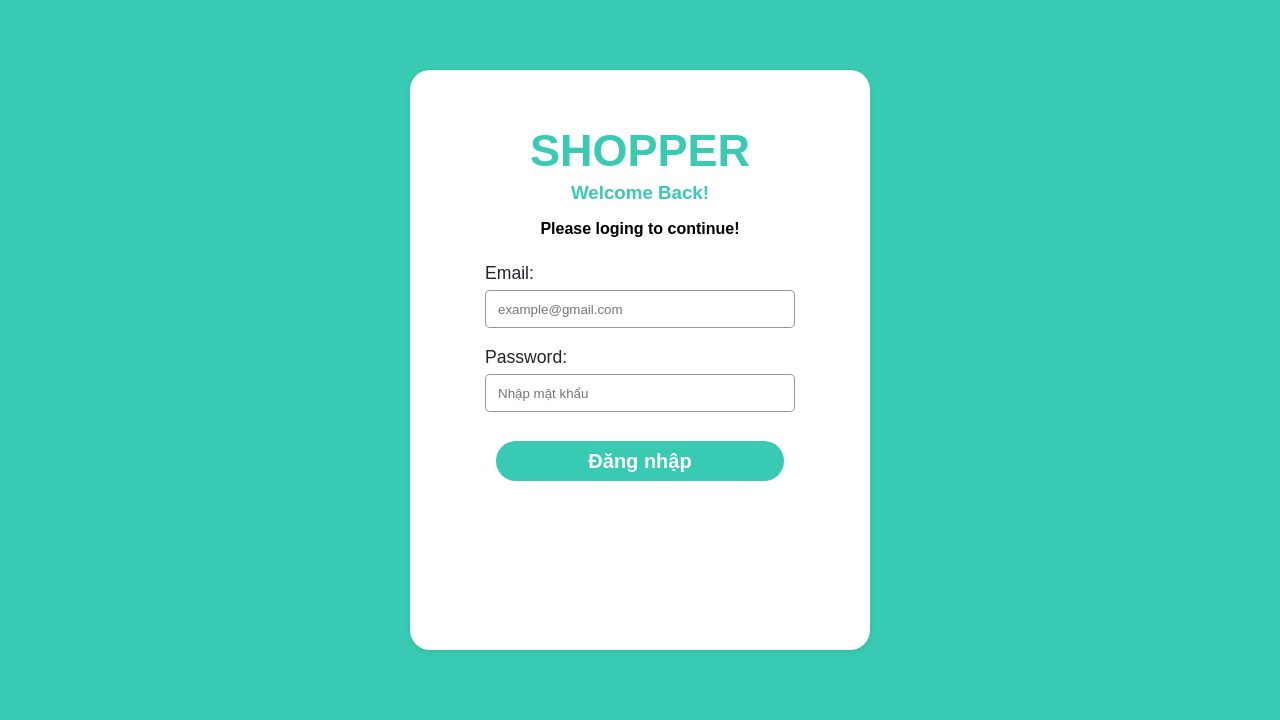
Repository: tatvanhco/shopee-admin
Page: /
An editor plug-in stored every save of this project. The page is shown before and after the next save, followed by the edit.
The browser window is 1280 px wide. The pictures show the whole page.
The project was rebuilt for these pictures with package versions that can differ from the ones it lists, and the page was loaded fresh each time. Also part of the build but not shown: src/App.scss, src/asset/globalStyle/globalStyle.scss, src/components/layout/sidebar/sidebar.module.scss, src/components/layout/sidebar/Sidebar.tsx, src/App.tsx, src/components/common/NotFound.tsx, src/components/layout/Innercontext.tsx, src/components/layout/dashboard/dashboard.tsx and 6 more. Imported but missing from the stored project, and not drawn on this page: src/components/layout/statistical/statistical.

Above is the page before, as saved 2022-10-03 11:55:32.

### src/index.tsx
import React from 'react';
import { createRoot } from 'react-dom/client';
import { Provider } from 'react-redux';
import { store } from './app/store';
import App from './App';
import reportWebVitals from './reportWebVitals';
import './index.scss';
import { BrowserRouter, Navigate, Route, Routes } from 'react-router-dom';
import { NotFound, PrivateRoute, PublicRoute } from 'components/common';
import {
    CatalogManager,
    CustomerManager,
    Dashboard,
    EmloyeeManager,
    InnerContent,
    InventoryManagement,
    ManageOrders,
    ProductManager,
} from 'components/layout';
import LoginPage from 'features/auth/pages/loginPage';

const container = document.getElementById('root')!;
const root = createRoot(container);

root.render(
    <React.StrictMode>
        <Provider store={store}>
            <BrowserRouter>
                <Routes>
                    <Route path="/login" element={<PublicRoute />}>
                        <Route path="/login" element={<LoginPage />} />
                    </Route>
                    <Route path="/" element={<PrivateRoute />}>
                        <Route path="/" element={<InnerContent />}>
                            <Route path="/" element={<Navigate replace to="admin" />} />
                            <Route path="/admin" element={<App />}>
                                <Route path="/admin/dashboard" element={<Dashboard />} />
                                <Route path="/admin/catalogManager" element={<CatalogManager />} />
                                <Route path="/admin/customerManager" element={<CustomerManager />} />
                                <Route path="/admin/emloyeeManager" element={<EmloyeeManager />} />
                                <Route path="/admin/inventoryManagement" element={<InventoryManagement />} />
                                <Route path="/admin/manageOrders" element={<ManageOrders />} />
                                <Route path="/admin/productManager" element={<ProductManager />} />
                            </Route>
                        </Route>
                    </Route>
                    <Route path="*" element={<NotFound />} />
                </Routes>
            </BrowserRouter>
        </Provider>
    </React.StrictMode>,
);

// If you want to start measuring performance in your app, pass a function
// to log results (for example: reportWebVitals(console.log))
// or send to an analytics endpoint. Learn more: https://bit.ly/CRA-vitals
reportWebVitals();

### src/app/store.ts
import { configureStore, ThunkAction, Action, getDefaultMiddleware } from '@reduxjs/toolkit';
import createSagaMiddleware from '@redux-saga/core';

const sagaMiddleware = createSagaMiddleware();

export const store = configureStore({
    reducer: {},
    middleware: (getDefaultMiddleware) => getDefaultMiddleware().concat(sagaMiddleware),
});

export type AppDispatch = typeof store.dispatch;
export type RootState = ReturnType<typeof store.getState>;
export type AppThunk<ReturnType = void> = ThunkAction<ReturnType, RootState, unknown, Action<string>>;

### src/index.scss
body {
    margin: 0;
    font-family: Poppins, sans-serif;
    --font-family-sans-serif: -apple-system, BlinkMacSystemFont, 'Segoe UI', Roboto, 'Helvetica Neue', Arial,
        'Noto Sans', sans-serif, 'Apple Color Emoji', 'Segoe UI Emoji', 'Segoe UI Symbol', 'Noto Color Emoji';
    --font-family-monospace: SFMono-Regular, Menlo, Monaco, Consolas, 'Liberation Mono', 'Courier New', monospace;
    -webkit-font-smoothing: antialiased;
    -moz-osx-font-smoothing: grayscale;
}

code {
    font-family: Poppins, sans-serif;
    --font-family-sans-serif: -apple-system, BlinkMacSystemFont, 'Segoe UI', Roboto, 'Helvetica Neue', Arial,
        'Noto Sans', sans-serif, 'Apple Color Emoji', 'Segoe UI Emoji', 'Segoe UI Symbol', 'Noto Color Emoji';
    --font-family-monospace: SFMono-Regular, Menlo, Monaco, Consolas, 'Liberation Mono', 'Courier New', monospace;
}

### src/components/common/index.ts
export * from './NotFound';
export * from './PrivateRoute';
export * from './publicRouter';

### src/components/layout/index.ts
export * from './Innercontext';
export * from './dashboard/dashboard';
export * from './productmanager/productManager';
export * from './managerorder/ManageOrders';
export * from './catalogmanager/catalogManager';
export * from './customermanager/customerManager';
export * from './emloyeemanager/emloyeeManager';
export * from './inventorymanagement/inventoryManagement';
export * from './statistical/statistical';

### src/features/auth/pages/loginPage.tsx
import styles from './pages.module.scss';

import { useNavigate } from 'react-router-dom';

export default function LoginPage() {
    const navigate = useNavigate();

    const login = () => {
        localStorage.setItem('user', JSON.stringify({ role: 'ADMIN' }));
        navigate('/admin/dashboard');
    };

    return (
        <div className={styles.login_from}>
            <form className={styles.login} method="POST">
                <h2 className={styles.login_logo}>SHOPPER</h2>
                <h3 className={styles.login_title}>Welcome Back!</h3>
                <p className={styles.login_desc}>Please loging to continue!</p>
                <div className={styles.from_groups}>
                    <div className={styles.from_group}>
                        <label htmlFor="email" className={styles.from_label}>
                            Email:
                        </label>
                        <input
                            id="full_name"
                            name="email"
                            type="text"
                            placeholder="example@gmail.com"
                            className={styles.from_control}
                        />
                    </div>
                    <div className={styles.from_group}>
                        <label htmlFor="password" className={styles.from_label}>
                            Password:
                        </label>
                        <input
                            id="full_name"
                            name="password"
                            type="password"
                            placeholder="Nhập mật khẩu"
                            className={styles.from_control}
                        />
                    </div>
                </div>
                <button onClick={login} className={styles.submit_btn}>
                    Đăng nhập
                </button>
            </form>
        </div>
    );
}

### src/components/common/PrivateRoute.tsx
import * as React from 'react';
import { Navigate, Outlet } from 'react-router-dom';

const useAuth = () => {
    const user = localStorage.getItem('user');
    if (user) {
        return true;
    } else {
        return false;
    }
};

export const PrivateRoute = () => {
    const auth = useAuth();

    return auth ? <Outlet /> : <Navigate to="/login" />;
};

### src/components/common/publicRouter.tsx
import * as React from 'react';
import { Navigate, Outlet, Route } from 'react-router-dom';

const useAuth = () => {
    const checkLogin = localStorage.getItem('user');
    if (checkLogin) {
        return true;
    } else {
        return false;
    }
};

export function PublicRoute() {
    const checkLogin = useAuth();
    return checkLogin ? <Navigate to="/admin" /> : <Outlet />;
}

### src/features/auth/pages/pages.module.scss
@import '../../../App.scss';

.login_from {
    background: $primary-color;
    min-height: 100vh;
    display: flex;
    justify-content: center;
}

.login {
    width: 360px;
    min-height: 30rem;
    padding: 50px;
    text-align: center;
    background: #fff;
    border-radius: 20px;
    align-self: center;
    margin: 25px;
    box-shadow: 0 2px 5px 0 rgb(51 62 73 / 10%);
}

.login_logo {
    color: $primary-color;
    word-spacing: 2px;
    font-size: 45px;
    margin: 5px 0;

    &:hover {
        cursor: pointer;
    }
}

.login_title {
    color: $primary-color;
    margin: 0;

    &:hover {
        cursor: pointer;
    }
}

.login_desc {
    font-weight: 600;
}

.from_groups {
    padding: 0 25px;
}

.from_group {
    text-align: left;
    display: flex;
    flex-direction: column;
    margin: 10px 0;
}

.from_label {
    display: block;
    font-size: 1.1rem;
    font-weight: 500;
    margin-bottom: 0.375rem;
    margin-top: 9px;
    color: #212529;
}

.from_control {
    padding: 0.375rem 0.75rem;
    outline: none;
    border: 1px solid #00000069;
    border-width: 1px;
    color: #14112d;
    font-weight: 500;
    height: 1.5rem;
    border-radius: 5px;

    &:focus {
        border: 1px solid $primary-color;
    }
}

.submit_btn {
    outline: none;
    border: none;
    background-color: #38cab3;
    width: 80%;
    height: 2.5rem;
    border-radius: 20px;
    margin-top: 1.2rem;
    color: #fff;
    font-size: 20px;
    font-weight: 700;

    &:hover {
        opacity: 0.8;
        cursor: pointer;
    }
}

### src/features/auth/loginPage.tsx
import styles from './pages.module.scss';

import { useNavigate } from 'react-router-dom';

export default function LoginPage() {
    const navigate = useNavigate();

    const login = () => {
        localStorage.setItem('user', JSON.stringify({ role: 'ADMIN' }));
        navigate('/admin');
    };

    return (
        // <div className="login">
        <form className={styles.login_from} method="POST">
            <h2>SHOPPER</h2>
            <h3>Welcome Back!</h3>
            <p>Please loging to continue!</p>
            <div className="from_group">
                <label htmlFor="email">Email:</label>
                <input id="full_name" name="email" type="text" placeholder="example@gmail.com" />
            </div>
            <div className="from_group">
                <label htmlFor="password">Password:</label>
                <input id="full_name" name="password" type="password" placeholder="Nhập mật khẩu" />
            </div>
            <button onClick={login}> Login</button>
        </form>
        // </div>
    );
}

Loaded but not shown: public/index.html (common file); src/reportWebVitals.ts (common file)

After the next save:
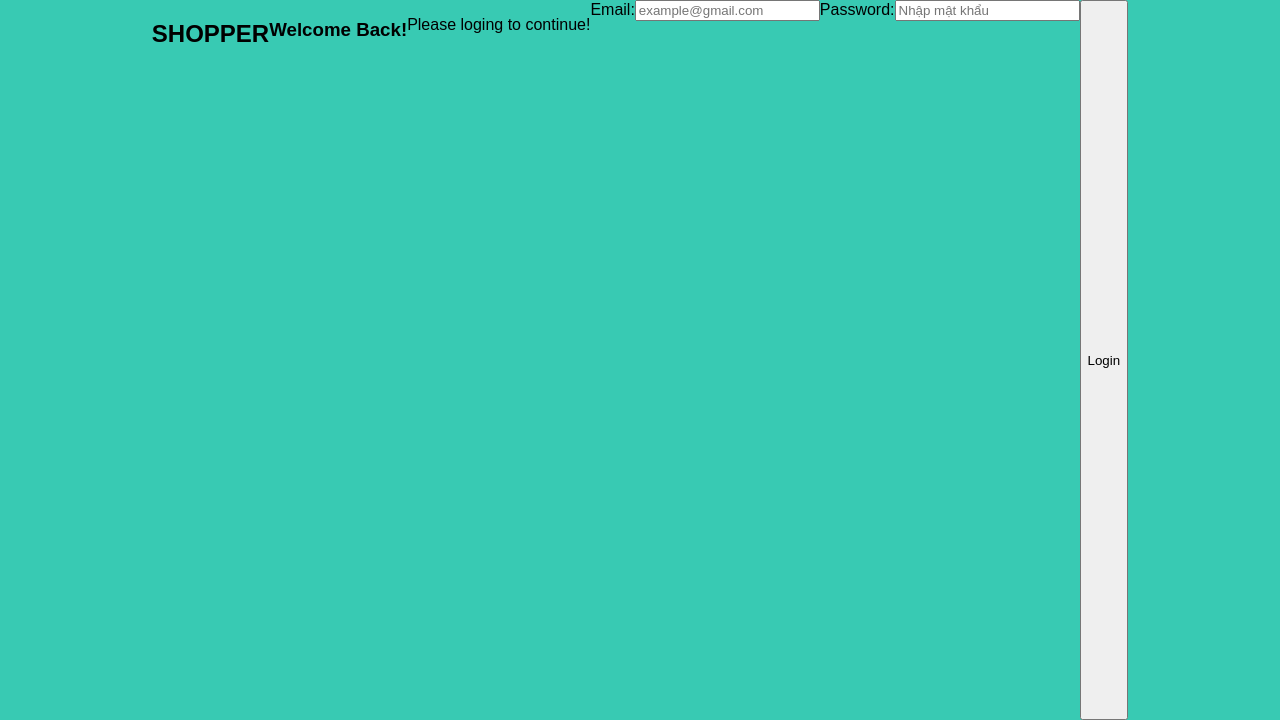
Saved 65 s later.
--- a/src/index.tsx
+++ b/src/index.tsx
@@ -17,7 +17,7 @@
     ManageOrders,
     ProductManager,
 } from 'components/layout';
-import LoginPage from 'features/auth/pages/loginPage';
+import LoginPage from 'features/auth/loginPage';
 
 const container = document.getElementById('root')!;
 const root = createRoot(container);

After the save that followed:
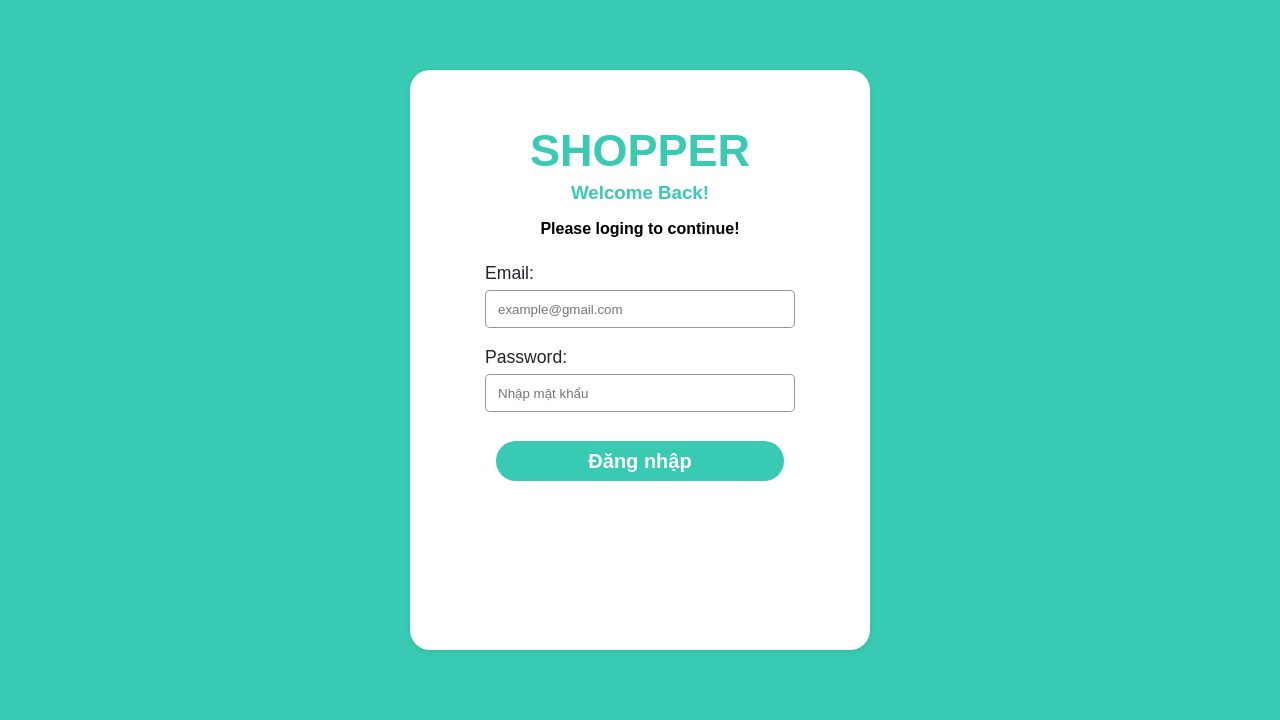
Saved 10 s later.
--- a/src/index.tsx
+++ b/src/index.tsx
@@ -17,7 +17,7 @@
     ManageOrders,
     ProductManager,
 } from 'components/layout';
-import LoginPage from 'features/auth/loginPage';
+import LoginPage from 'features/auth/pages/loginPage';
 
 const container = document.getElementById('root')!;
 const root = createRoot(container);
